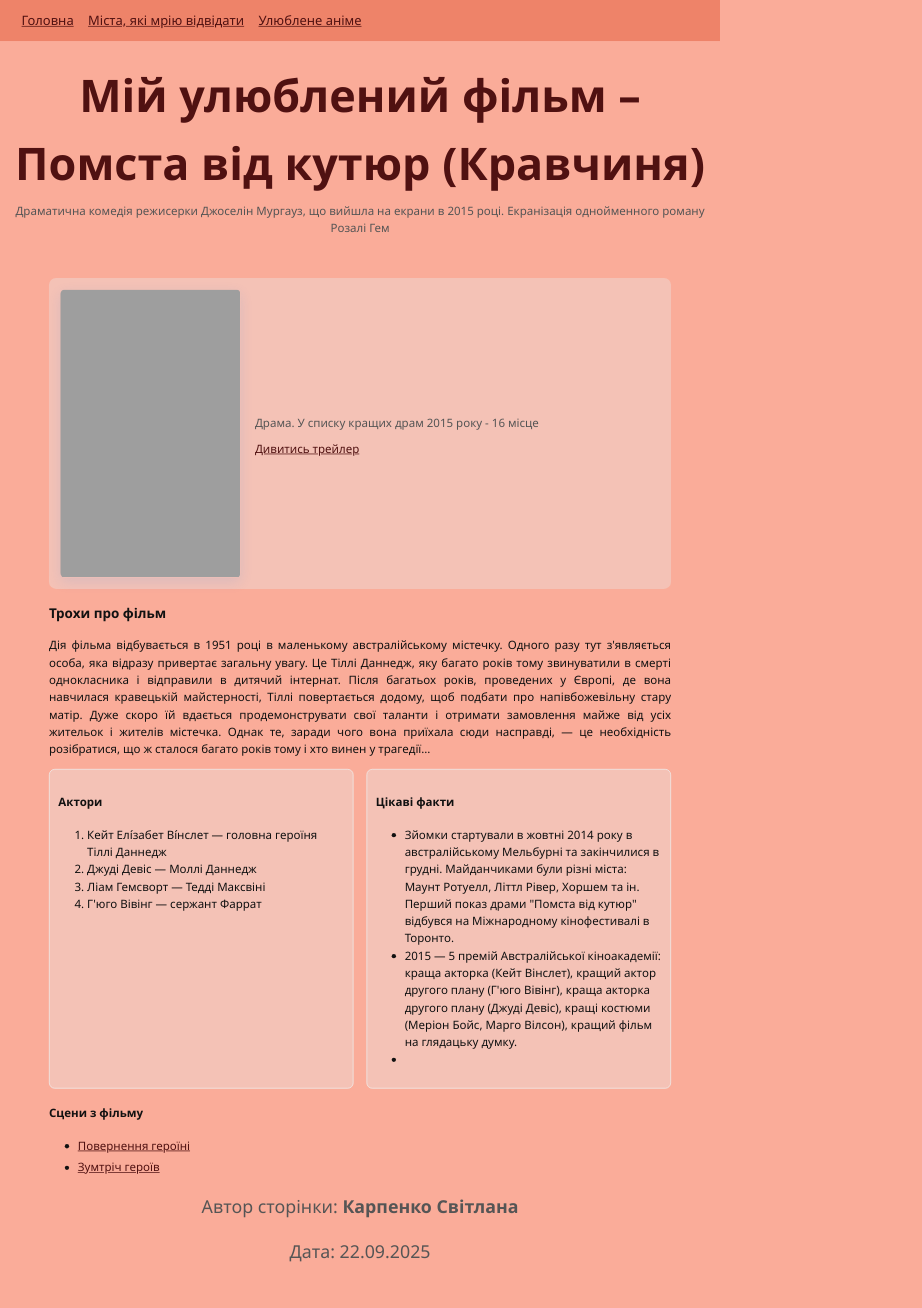
Repository: alexandrastarovoyda-star/homework_info
Page: Mainpr/pr5/html/anime.html
These files come from the project's save history. The page is drawn as it stood at one moment and after the next save; the edit follows.
The browser window is 1280 px wide. The pictures show the whole page, at 72% of full size.
Pictures or frames that could not be fetched are drawn as grey boxes.

Above is the page before, as saved 2026-04-01 14:18:26.

After the next save:
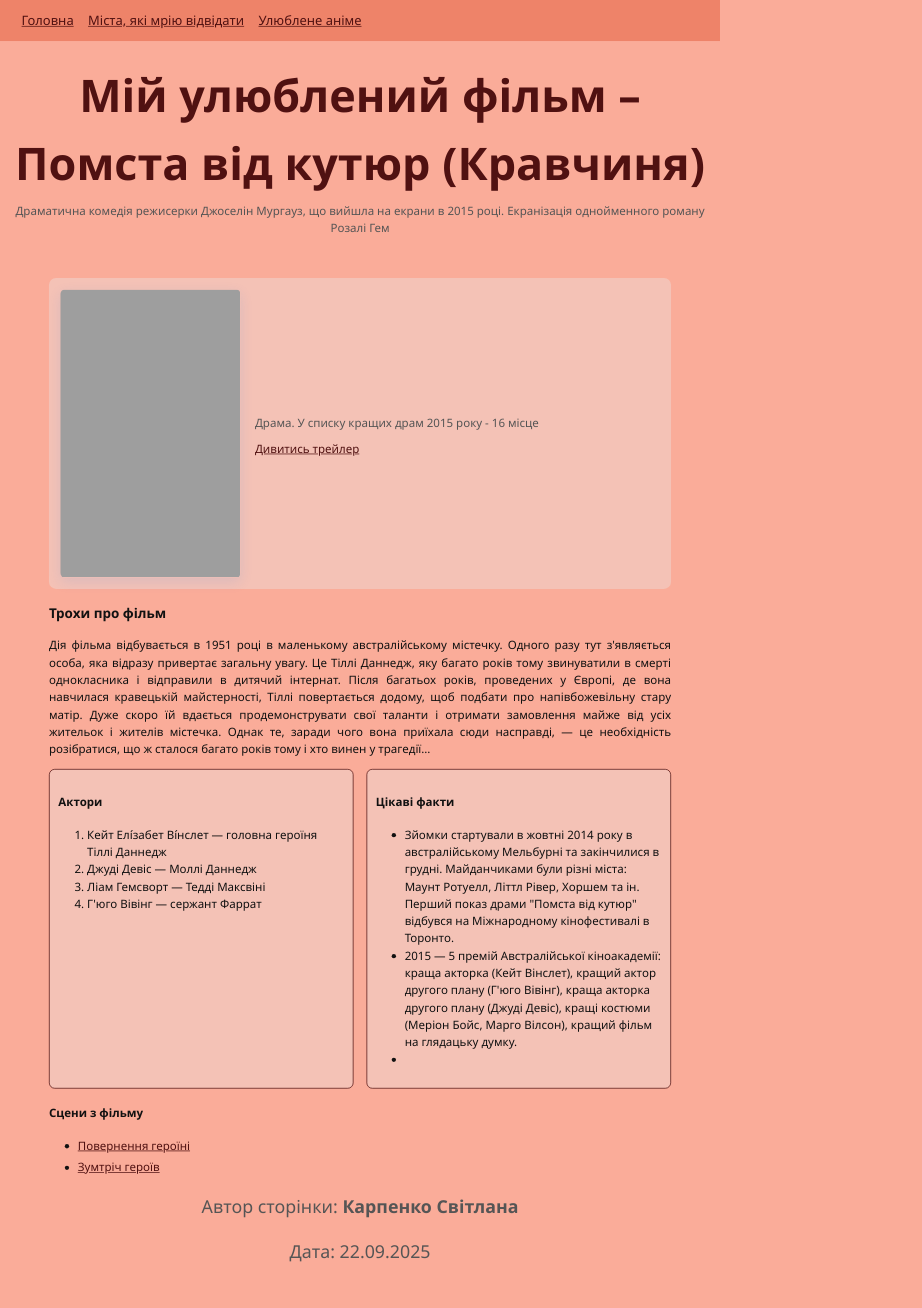
Saved 21 s later.
--- a/Mainpr/pr5/css/anime.css
+++ b/Mainpr/pr5/css/anime.css
@@ -88,7 +88,7 @@
   background:var(--card);
   padding:12px;
   border-radius:8px;
-  border:1px solid #eee;
+  border:1px solid var(--accent);
 }
 .scene-list li{margin:6px 0}
 .page-footer{
